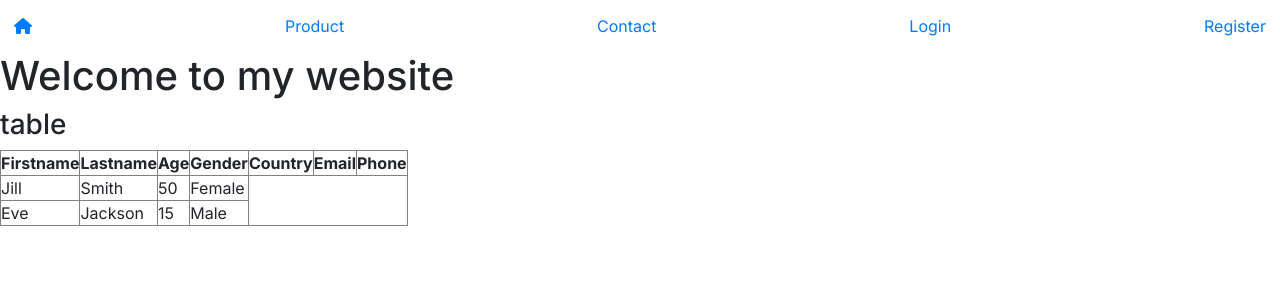
Repository: bao2222/hoc-lam-web
Page: About-me.html
An editor plug-in stored every save of this project. The page is shown before and after the next save, followed by the edit.
The browser window is 1280 px wide. The pictures show the whole page.

Above is the page before, as saved 2025-01-23 19:33:44.

After the next save:
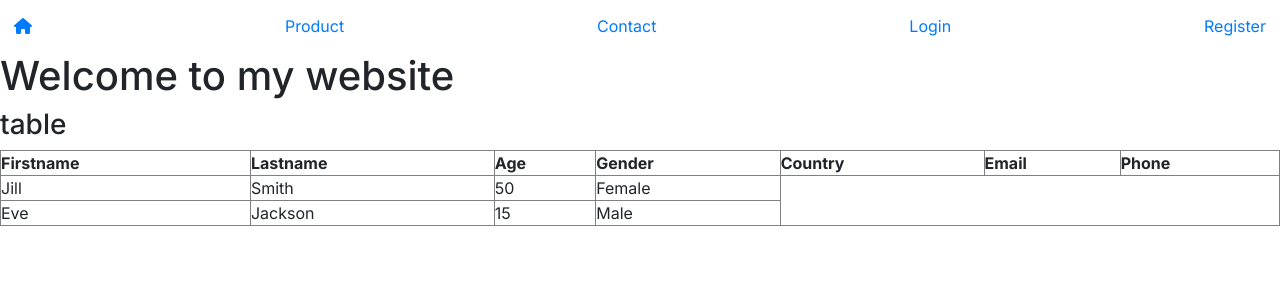
Saved 93 s later.
--- a/About-me.html
+++ b/About-me.html
@@ -42,7 +42,7 @@
         <main>
             <h1>Welcome to my website</h1>
             <h3>table</h3>
-            <table style="width:100%, height:100%" border>
+            <table style="width:100%" border>
                 <tr>
                     <th>Firstname</th>
                     <th>Lastname</th>
